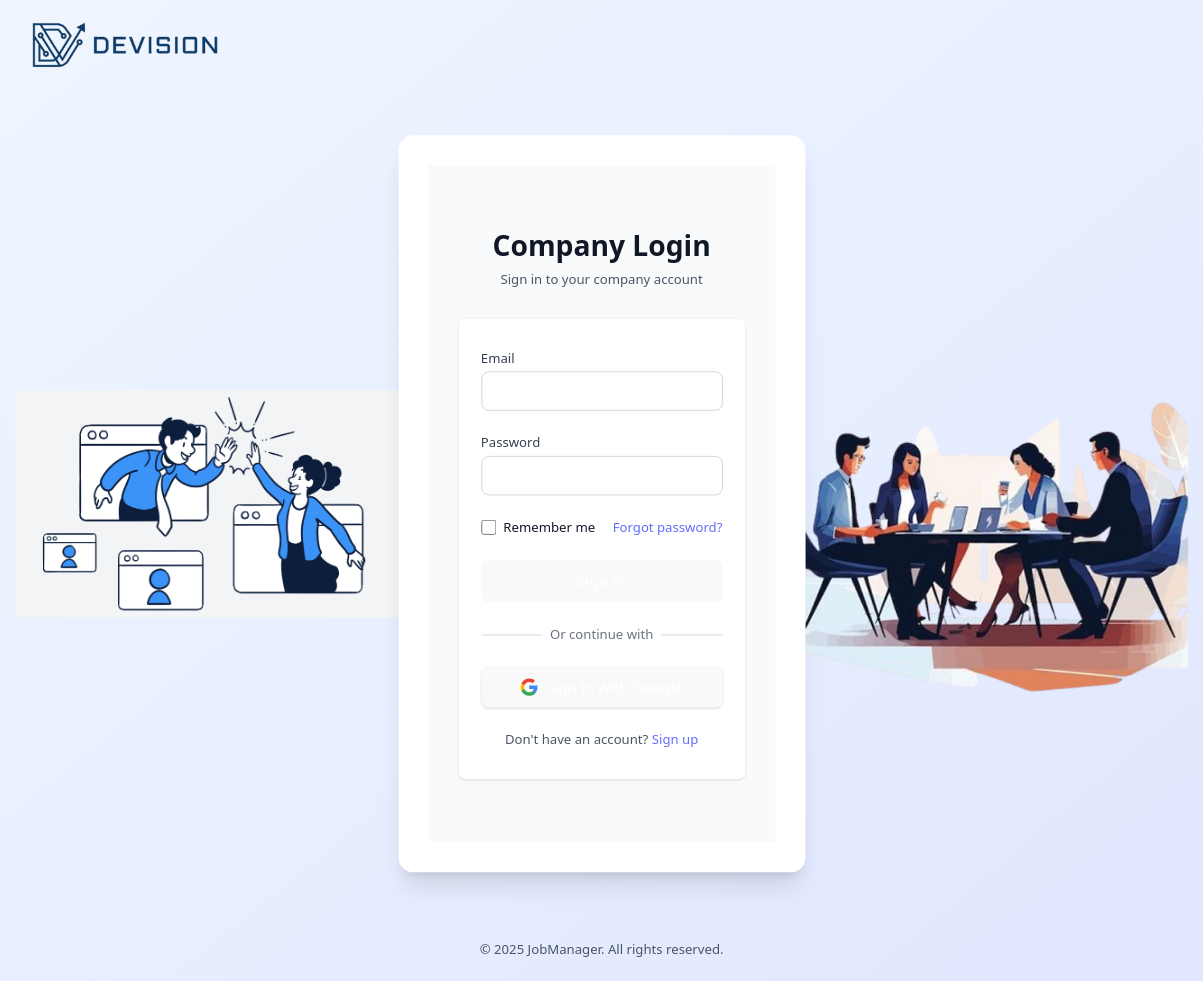
Repository: ISYS3461-2025C-Mulan-DEVision/JobManager_FE
Page: /login
These files come from the project's save history. The page is drawn as it stood at one moment and after the next save; the edit follows.
The browser window is 1280 px wide. The pictures show the whole page, at 94% of full size.
The project was rebuilt for these pictures with package versions that can differ from the ones it lists, and the page was loaded fresh each time. Also part of the build but not shown: vite.config.js, src/pages/Home.tsx, src/components/headless/Table/Table.tsx, src/components/headless/Modal/Modal.tsx, src/components/ui/Card/Card.tsx, src/components/ui/Spinner/Spinner.tsx, src/components/ui/Alert/Alert.tsx.

Above is the page before, as saved 2025-12-12 12:03:00.

After the next save:
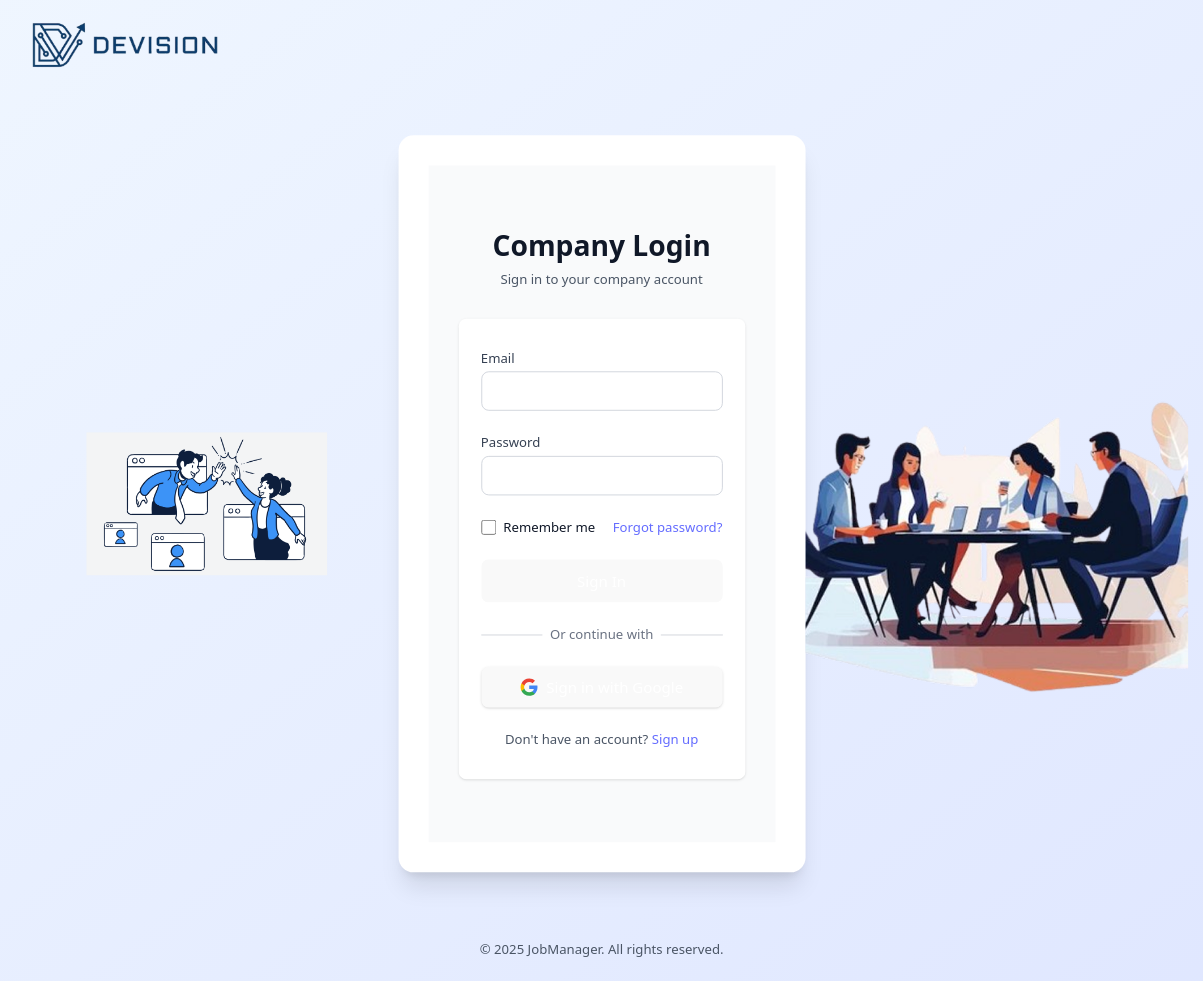
Saved 64 s later.
--- a/src/layout/AuthLayout.tsx
+++ b/src/layout/AuthLayout.tsx
@@ -21,7 +21,7 @@
             {/* Centered Content Panel */}
             <main className="flex-1 flex flex-row px-4 py-12">
                 <div className="flex-1 flex items-center justify-center">
-                    <img src="/auth/background-login-left.png" alt="Left background" className="max-h-full object-contain" />
+                    <img src="/auth/background-login-left.png" alt="Left background" className="h-64 w-64 object-contain" />
                 </div>
                 <div className="flex items-center justify-center">
                     <div className="w-full max-w-xl">
